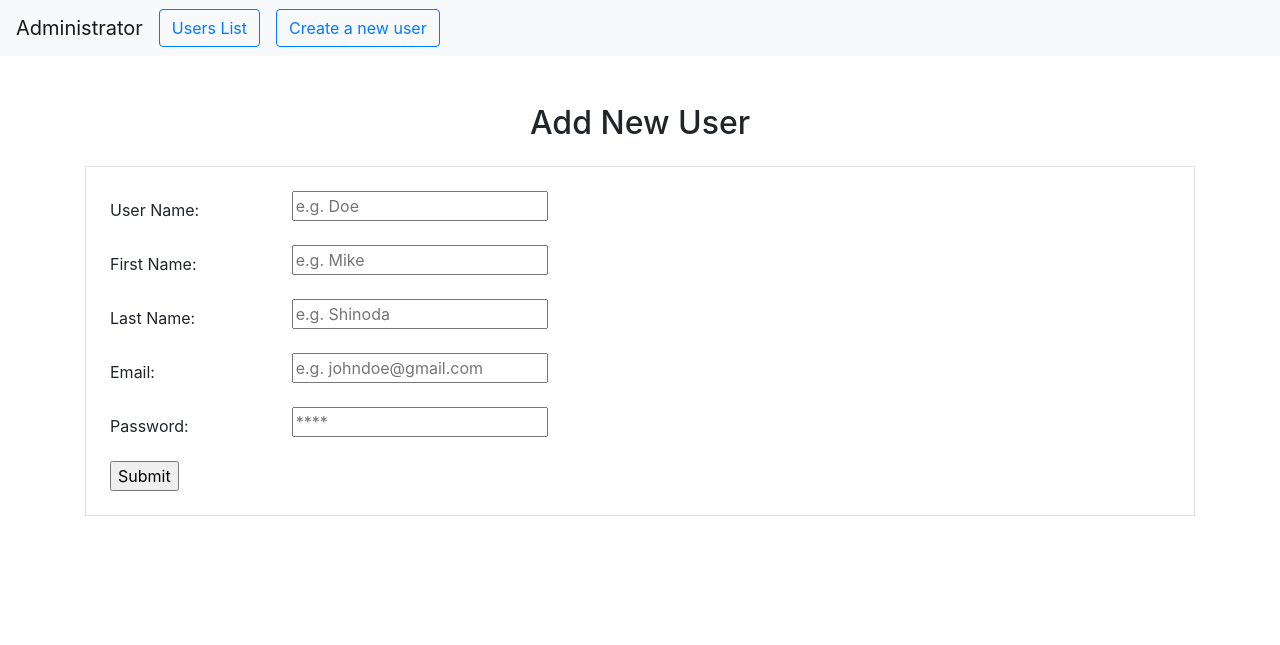
Repository: Dimitris-Kaler/Keycloak-Admin-Web-Interface
Page: http://localhost/rest-api/src/webapp/createUser.jsp
These files come from the project's save history. The page is drawn as it stood at one moment and after the next save; the edit follows.
The browser window is 1280 px wide. The pictures show the whole page.
The page is served by Tomcat 9. Other server files are loaded and not shown.

Above is the page before, as saved 2023-12-22 18:44:18.

### rest-api/src/webapp/createUser.jsp
<%@ page language="java" contentType="text/html; charset=ISO-8859-1"
    pageEncoding="ISO-8859-1"%>
<!DOCTYPE html>
<html>
<head>
<meta charset="ISO-8859-1">
<title>Insert title here</title>
<link rel="stylesheet" href="https://maxcdn.bootstrapcdn.com/bootstrap/4.0.0/css/bootstrap.min.css" integrity="sha384-Gn5384xqQ1aoWXA+058RXPxPg6fy4IWvTNh0E263XmFcJlSAwiGgFAW/dAiS6JXm" crossorigin="anonymous">
</head>
<body>
	   <nav class="navbar navbar-expand-lg navbar-light bg-light">
        <a class="navbar-brand" href="#">Administrator</a>
        <button class="navbar-toggler" type="button" data-toggle="collapse" data-target="#navbarNav"
            aria-controls="navbarNav" aria-expanded="false" aria-label="Toggle navigation">
            <span class="navbar-toggler-icon"></span>
        </button>
        <div class="collapse navbar-collapse" id="navbarNav">
            <ul class="navbar-nav">
                <li class="nav-item active">
                    <form class="form-inline my-2 my-lg-0" action="userRepository" method="GET">
                        <button class="btn btn-outline-primary my-2 my-sm-0" type="submit">Users List</button>
                    </form>
                </li>
                <li class="nav-item">
                    <form class="form-inline my-2 my-lg-0 mx-3" action="createUser" method="GET">
                        <button class="btn btn-outline-primary my-2 my-sm-0" type="submit">Create a new user</button>
                    </form>
                </li>
            </ul>
        </div>
    </nav>
    <div class="container mt-5">
<h2 class="text-center mb-4">Add New User</h2>
<form class="border p-4 form"action="addUser"method="POST" >
<div class="form-group row">
			<label for="Username" class="col-sm-2 col-form-label">User
				Name:</label>
			<div class="col-sm-10">
				<input type="text" name="Username" placeholder="e.g. Doe">
			</div>
		</div>
<div class="form-group row">
			<label for="firstName" class="col-sm-2 col-form-label">First
				Name:</label>
			<div class="col-sm-10">
				<input type="text" name="firstName" placeholder="e.g. Mike">
			</div>
		</div>
		<div class="form-group row">
			<label for="lastName" class="col-sm-2 col-form-label">Last
				Name:</label>
			<div class="col-sm-10">
				<input type="text" name="lastName" placeholder="e.g. Shinoda">
			</div>
		</div>
		<div class="form-group row">
			<label for="email" class="col-sm-2 col-form-label">Email:</label>
			<div class="col-sm-10">
				<input type="text" name="email" placeholder="e.g. johndoe@gmail.com">
			</div>
		</div>
		<div class="form-group row">
			<label for="password" class="col-sm-2 col-form-label">Password:</label>
			<div class="col-sm-10">
				<input type="text" name="password" placeholder="****">
			</div>
		</div>

<input type="submit"name="submit">


</form>
</div>
</body>
</html>

After the next save:
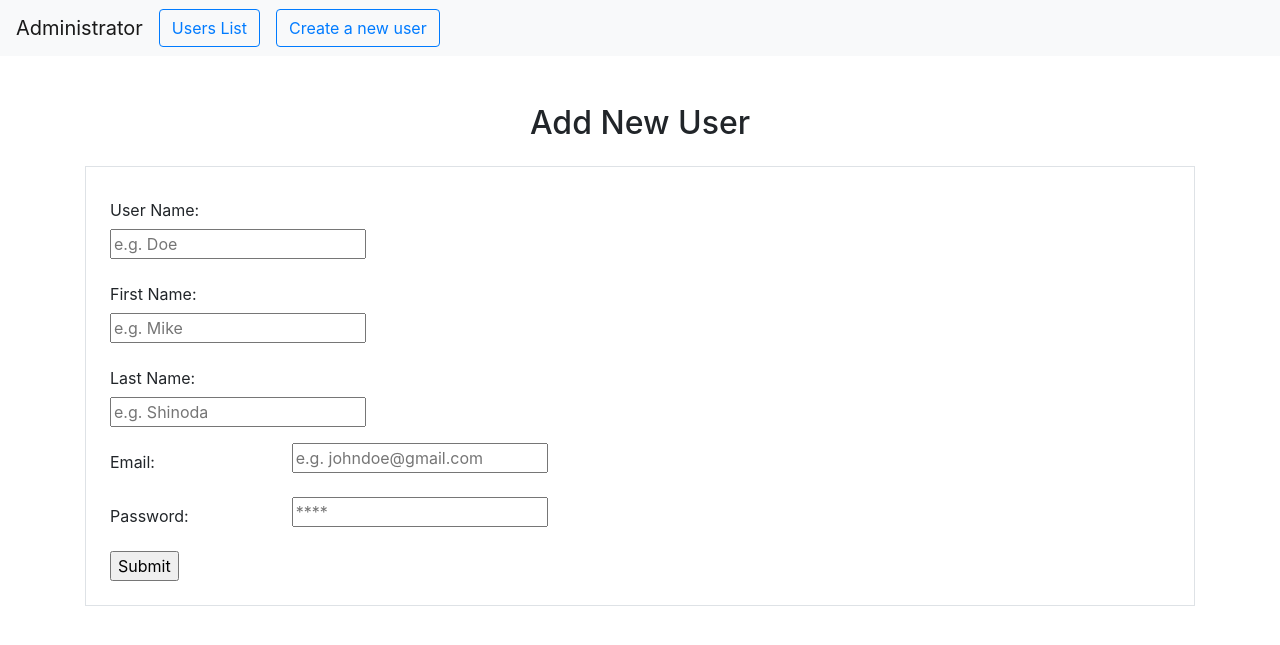
Saved 52 s later.
--- a/rest-api/src/webapp/createUser.jsp
+++ b/rest-api/src/webapp/createUser.jsp
@@ -33,21 +33,21 @@
 <h2 class="text-center mb-4">Add New User</h2>
 <form class="border p-4 form"action="addUser"method="POST" >
 <div class="form-group row">
-			<label for="Username" class="col-sm-2 col-form-label">User
+			<label for="Username" class="col-sm-3 col-form-label">User
 				Name:</label>
 			<div class="col-sm-10">
 				<input type="text" name="Username" placeholder="e.g. Doe">
 			</div>
 		</div>
 <div class="form-group row">
-			<label for="firstName" class="col-sm-2 col-form-label">First
+			<label for="firstName" class="col-sm-3 col-form-label">First
 				Name:</label>
 			<div class="col-sm-10">
 				<input type="text" name="firstName" placeholder="e.g. Mike">
 			</div>
 		</div>
 		<div class="form-group row">
-			<label for="lastName" class="col-sm-2 col-form-label">Last
+			<label for="lastName" class="col-sm-3 col-form-label">Last
 				Name:</label>
 			<div class="col-sm-10">
 				<input type="text" name="lastName" placeholder="e.g. Shinoda">
